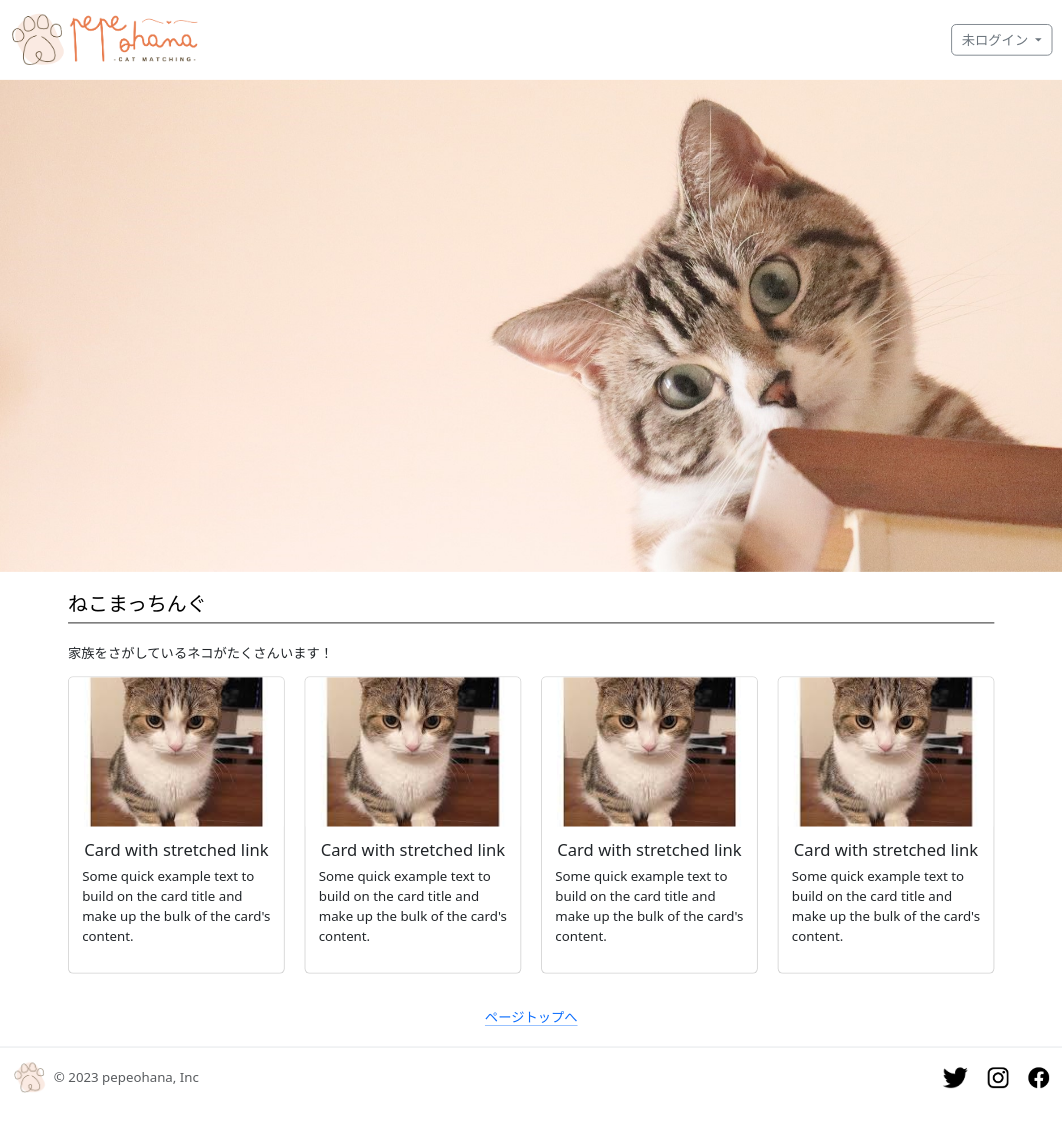
Repository: sakuwell/pepe
Page: http://localhost/PepeOhana/
The author's editor kept a copy of each file at every save. The page is drawn from the files as they stood at one save, then again after the next save.
The browser window is 1280 px wide. The pictures show the whole page, at 83% of full size.
The page is served by Tomcat 9. Other server files are loaded and not shown.

Above is the page before, as saved 2023-09-06 04:55:18.

### ExWorkSpace/PepeOhana/src/main/webapp/index.jsp
<%@ page language="java" contentType="text/html; charset=UTF-8"
    pageEncoding="UTF-8"%>
<%@ page import="model.UsersInfoDto" %>

<!DOCTYPE html>
<html lang="ja">
<head>
    <meta charset="UTF-8">
    <meta name="viewport" content="width=device-width, initial-scale=1.0">
    <!-- Bootstrap CSS -->
    <link href="https://cdn.jsdelivr.net/npm/bootstrap@5.3.0/dist/css/bootstrap.min.css" rel="stylesheet" integrity="sha384-9ndCyUaIbzAi2FUVXJi0CjmCapSmO7SnpJef0486qhLnuZ2cdeRhO02iuK6FUUVM" crossorigin="anonymous">
    <script src="https://cdn.jsdelivr.net/npm/bootstrap@5.3.0/dist/js/bootstrap.bundle.min.js" integrity="sha384-geWF76RCwLtnZ8qwWowPQNguL3RmwHVBC9FhGdlKrxdiJJigb/j/68SIy3Te4Bkz" crossorigin="anonymous"></script>
    <title>Top | pepeohana</title>
</head>

<%
    // セッションを取得
	UsersInfoDto userInfoOnSession = (UsersInfoDto)session.getAttribute("LOGIN_INFO");
	boolean isLoggedIn = false;
	String userName = "";
	//HttpSession mysession = request.getSession(true);

    // セッションが存在し、username属性もセットされている場合はログイン済み
    if (userInfoOnSession != null) {
		userName = userInfoOnSession.getUserName();
        isLoggedIn = true;
    }
%>

<body>
	<% if (isLoggedIn) { %>
    <!-- ログイン済ヘッダー -->
    <nav class="navbar navbar-expand-lg navbar-light bg-white">
        <div class="container-fluid">
            <a class="navbar-brand" href="index.jsp">
                <img src="images/pepe_ohana_logo.png" alt="ページロゴ" width="auto" height="70">
            </a>
            <div class="btn-group">
                <button type="button" class="btn btn-secondary dropdown-toggle" data-bs-toggle="dropdown" aria-expanded="false">
                    userName
                </button>
                <ul class="dropdown-menu dropdown-menu-end">
                    <li><a class="dropdown-item" href="<%=request.getContextPath()%>/ExeMyPage">マイページ</a></li>
                    <li><a class="dropdown-item" href="<%=request.getContextPath()%>/ExeLogout">ログアウト</a></li>
                </ul>
            </div>
        </div>
    </nav>
    <!-- ログイン済ヘッダーここまで -->
    <% } else { %>
    <!-- 未ログインヘッダー -->
    <nav class="navbar navbar-expand-lg navbar-light bg-white">
    	<div class="container-fluid">
        	<a class="navbar-brand" href="index.jsp">
          		<img src="images/pepe_ohana_logo.png" alt="ページロゴ" width="auto" height="70">
          	</a>
         	<div class="btn-group">
            	<button type="button" class="btn btn-outline-secondary dropdown-toggle" data-bs-toggle="dropdown" aria-expanded="false">
             		 未ログイン
            	</button>
            	<ul class="dropdown-menu dropdown-menu-end">
              		<li><a class="dropdown-item" href="jsp/Login.jsp">ログイン</a></li>
              		<li><a class="dropdown-item" href="jsp/registUser.jsp">新規ユーザー登録</a></li>
            	</ul>
          	</div>
        </div>
    </nav>
    <!-- 未ログインヘッダーここまで -->
    <% } %>


    <!-- ヒーロー画像 -->
    <img class="img-fluid mb-4" src="images/hero_index.jpg"  alt="index画像" style="max-height:600px; width:100%; object-fit: cover;">

    <!-- ここから下　ページごとの内容 -->
    <div>
        <!-- 検索フォームゾーン -->
        <div class="container">
            <div class="h4 pb-2 mb-4 text-black border-bottom border-black">
                ねこまっちんぐ
            </div>
                <p>家族をさがしているネコがたくさんいます！</p>
            <!-- 猫カード -->
            <div class="row">
               <!-- カードのコンテンツ -->
               <div class="col-6 col-md-4 col-lg-3">
                    <div class="card mb-3">
                    	<img src="images/cat_1.jpg" style="height:180px; width: 100%; object-fit: cover;" class="card-img-top" alt="猫画像">
                        <div class="card-body">
                            <h5 class="card-title text-center">Card with stretched link</h5>
                            <p class="card-text text-right">Some quick example text to build on the card title and make up the bulk of the card's content.</p>
                            <div class="d-flex justify-content-center">
                                <a href="#" class="stretched-link"></a>
                            </div>
                        </div>
                    </div>
                </div>
               <!-- カードのコンテンツ -->
               <div class="col-6 col-md-4 col-lg-3">
                    <div class="card mb-3">
                    	<img src="images/cat_1.jpg" style="height:180px; width: 100%; object-fit: cover;" class="card-img-top" alt="猫画像">
                        <div class="card-body">
                            <h5 class="card-title text-center">Card with stretched link</h5>
                            <p class="card-text text-right">Some quick example text to build on the card title and make up the bulk of the card's content.</p>
                            <div class="d-flex justify-content-center">
                                <a href="#" class="stretched-link"></a>
                            </div>
                        </div>
                    </div>
                </div>
               <!-- カードのコンテンツ -->
               <div class="col-6 col-md-4 col-lg-3">
                    <div class="card mb-3">
                    	<img src="images/cat_1.jpg" style="height:180px; width: 100%; object-fit: cover;" class="card-img-top" alt="猫画像">
                        <div class="card-body">
                            <h5 class="card-title text-center">Card with stretched link</h5>
                            <p class="card-text text-right">Some quick example text to build on the card title and make up the bulk of the card's content.</p>
                            <div class="d-flex justify-content-center">
                                <a href="#" class="stretched-link"></a>
                            </div>
                        </div>
                    </div>
                </div>
               <!-- カードのコンテンツ -->
               <div class="col-6 col-md-4 col-lg-3">
                    <div class="card mb-3">
                    	<img src="images/cat_1.jpg" style="height:180px; width: 100%; object-fit: cover;" class="card-img-top" alt="猫画像">
                        <div class="card-body">
                            <h5 class="card-title text-center">Card with stretched link</h5>
                            <p class="card-text text-right">Some quick example text to build on the card title and make up the bulk of the card's content.</p>
                            <div class="d-flex justify-content-center">
                                <a href="#" class="stretched-link"></a>
                            </div>
                        </div>
                    </div>
                </div>
            </div>
        </div>
    </div>
    <!-- ここまで　ページごとの内容 -->

    <!-- フッター -->
    <div class="text-center mt-4">
        <a class="icon-link icon-link-hover" href="#">
            ページトップへ
        </a>
	</div>
	<footer class="d-flex flex-wrap justify-content-between align-items-center py-3 my-4 border-top">
    	<div class="col-md-4 d-flex align-items-center ms-3">
        	<a href="index.jsp" class="mb-3 me-2 mb-md-0"><img alt="ロゴ画像" src="images/nikukyu_logo.png" width="auto" height="40"></a>
          	<span class="mb-3 mb-md-0 text-body-secondary">© 2023 pepeohana, Inc</span>
        </div>
        <ul class="nav col-md-4 justify-content-end list-unstyled d-flex me-3">
            <li><a href="#"><img src=images/twitter_logo.png width="auto" height="25"></a></li>
            <li class="ms-4"><a href="#"><img src=images/insta_logo.png width="auto" height="25"></a></li>
            <li class="ms-4"><a href="#"><img src=images/facebook_logo.png width="auto" height="25"></a></li>
        </ul>
	</footer>
    <!-- フッター　ここまで -->

</body>
</html>

After the next save:
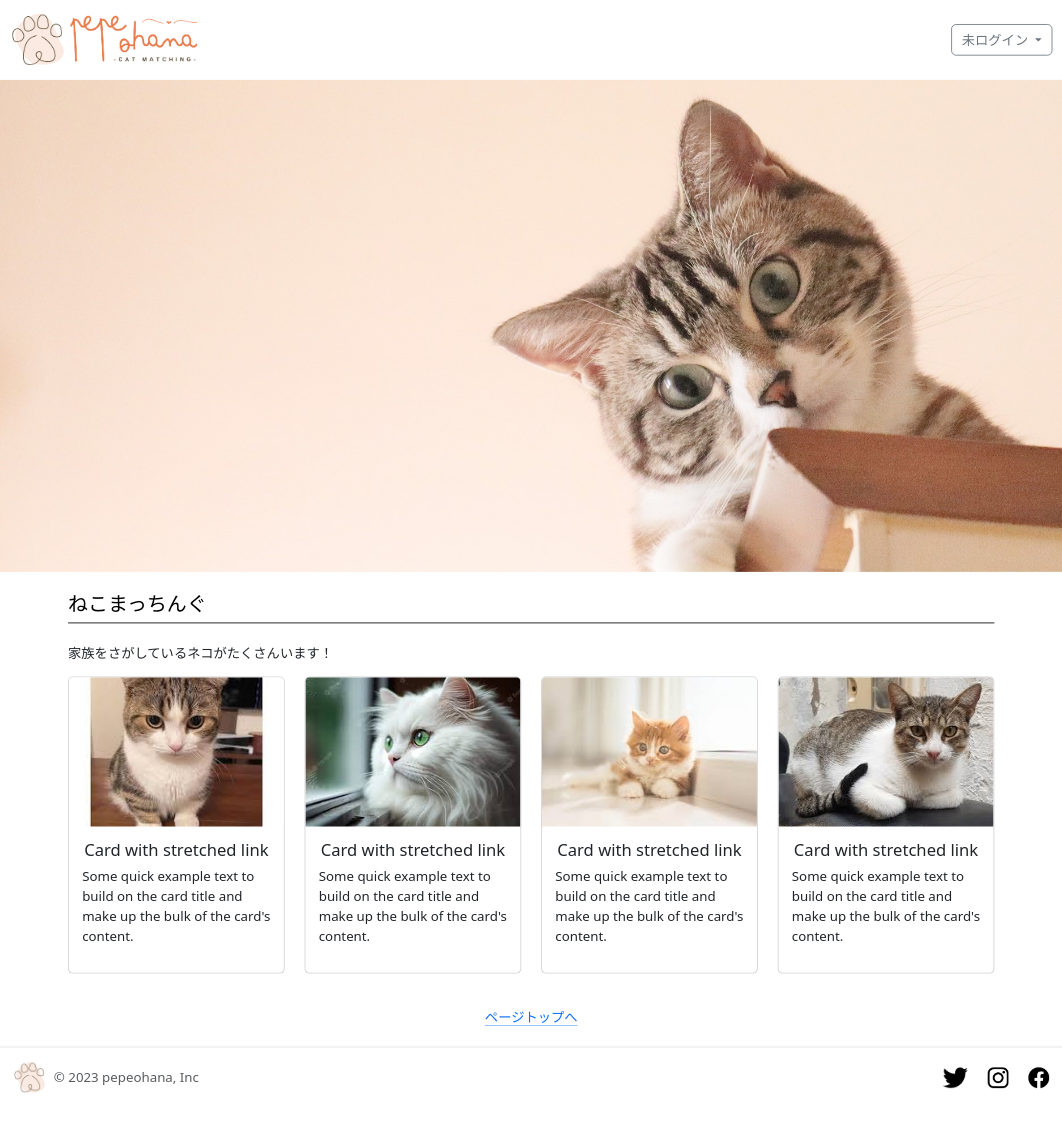
Saved 29 s later.
--- a/ExWorkSpace/PepeOhana/src/main/webapp/index.jsp
+++ b/ExWorkSpace/PepeOhana/src/main/webapp/index.jsp
@@ -98,7 +98,7 @@
                <!-- カードのコンテンツ -->
                <div class="col-6 col-md-4 col-lg-3">
                     <div class="card mb-3">
-                    	<img src="images/cat_1.jpg" style="height:180px; width: 100%; object-fit: cover;" class="card-img-top" alt="猫画像">
+                    	<img src="images/cat_2.jpg" style="height:180px; width: 100%; object-fit: cover;" class="card-img-top" alt="猫画像">
                         <div class="card-body">
                             <h5 class="card-title text-center">Card with stretched link</h5>
                             <p class="card-text text-right">Some quick example text to build on the card title and make up the bulk of the card's content.</p>
@@ -111,7 +111,7 @@
                <!-- カードのコンテンツ -->
                <div class="col-6 col-md-4 col-lg-3">
                     <div class="card mb-3">
-                    	<img src="images/cat_1.jpg" style="height:180px; width: 100%; object-fit: cover;" class="card-img-top" alt="猫画像">
+                    	<img src="images/cat_3.jpg" style="height:180px; width: 100%; object-fit: cover;" class="card-img-top" alt="猫画像">
                         <div class="card-body">
                             <h5 class="card-title text-center">Card with stretched link</h5>
                             <p class="card-text text-right">Some quick example text to build on the card title and make up the bulk of the card's content.</p>
@@ -124,7 +124,7 @@
                <!-- カードのコンテンツ -->
                <div class="col-6 col-md-4 col-lg-3">
                     <div class="card mb-3">
-                    	<img src="images/cat_1.jpg" style="height:180px; width: 100%; object-fit: cover;" class="card-img-top" alt="猫画像">
+                    	<img src="images/cat_4.jpg" style="height:180px; width: 100%; object-fit: cover;" class="card-img-top" alt="猫画像">
                         <div class="card-body">
                             <h5 class="card-title text-center">Card with stretched link</h5>
                             <p class="card-text text-right">Some quick example text to build on the card title and make up the bulk of the card's content.</p>
